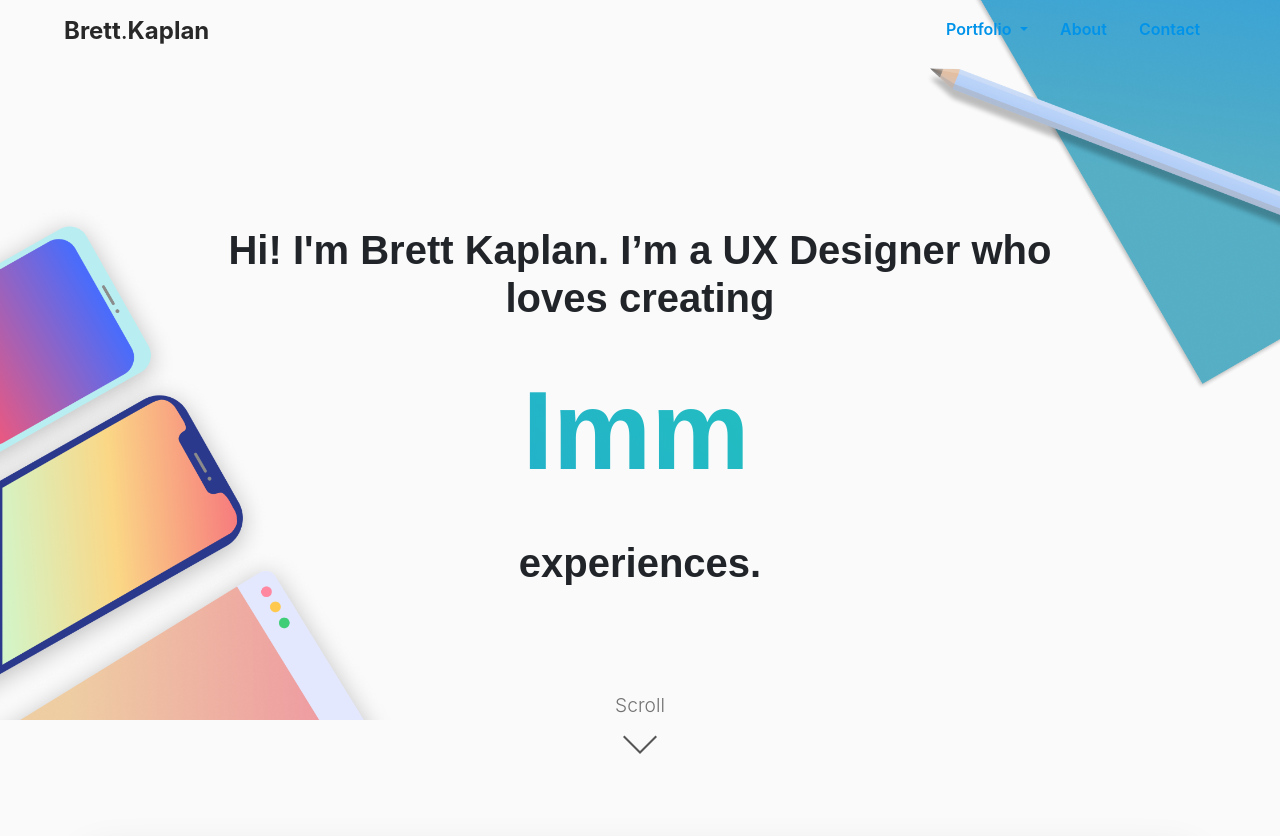
Repository: bkap1690/bkap1690.github.io
Page: index.html
The author's editor kept a copy of each file at every save. The page is drawn from the files as they stood at one save, then again after the next save.
The browser window is 1280 px wide. The pictures show the part of the page from y = 0 to 836 px (the page is 2614 px tall).
A picture or video elsewhere on the page could not be fetched, so the positions and the page height are approximate. An inner scrolling area shows only its first screen. Backgrounds fixed to the window are drawn as part of the page. Some web libraries are served in a nearby version.

Above is the page before, as saved 2020-10-15 23:27:39.
Console error: TypeError: Cannot set properties of null (setting 'className')

After the next save:
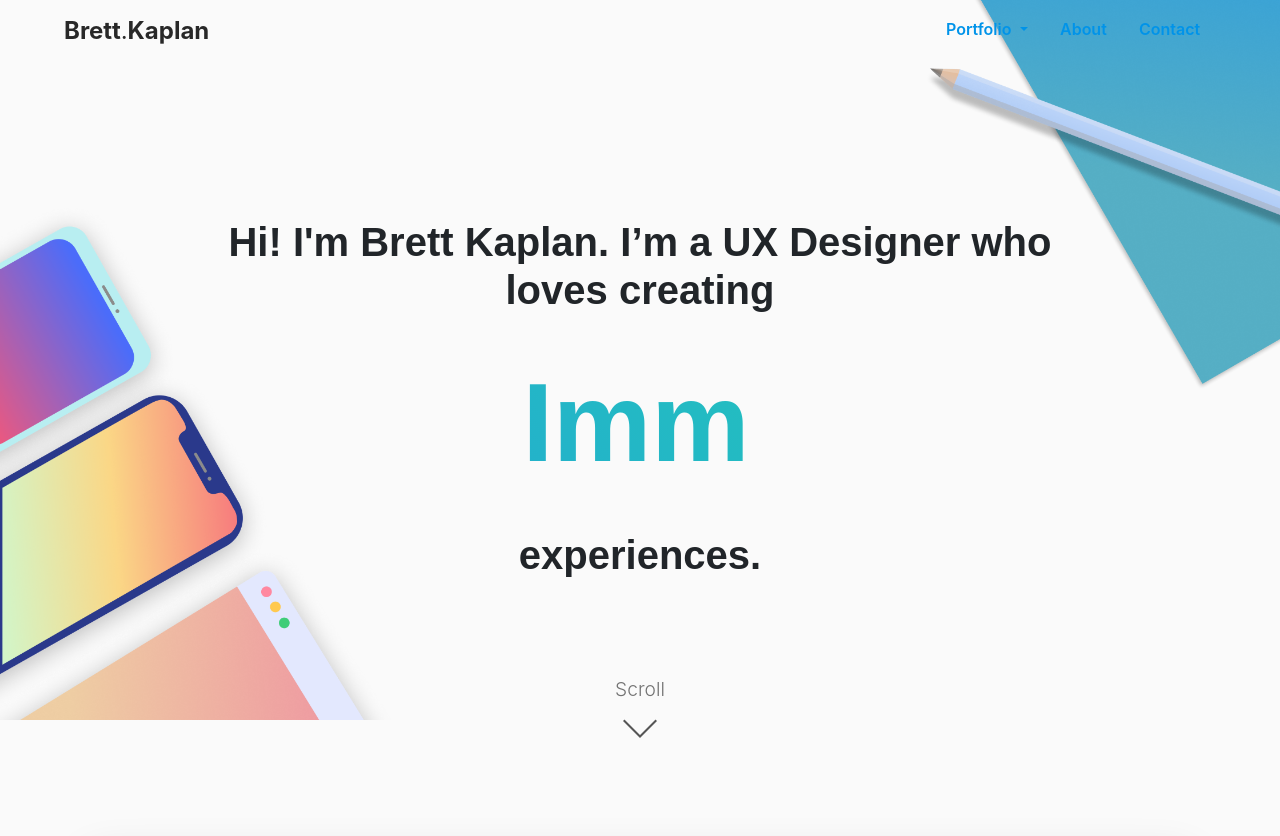
Saved 40 s later.
--- a/index.html
+++ b/index.html
@@ -50,7 +50,7 @@
   <div class="top-content container-fluid">
     <div class="row justify-content-center align-items-center">
       <!-- Content here -->
-      <div class="py-4 headline col-lg-8 col-md-12">
+      <div class="py-3 headline col-lg-8 col-md-12">
         <h1 class="text-center">
           Hi! I'm Brett Kaplan. I’m a UX Designer who loves creating
         </h1>
